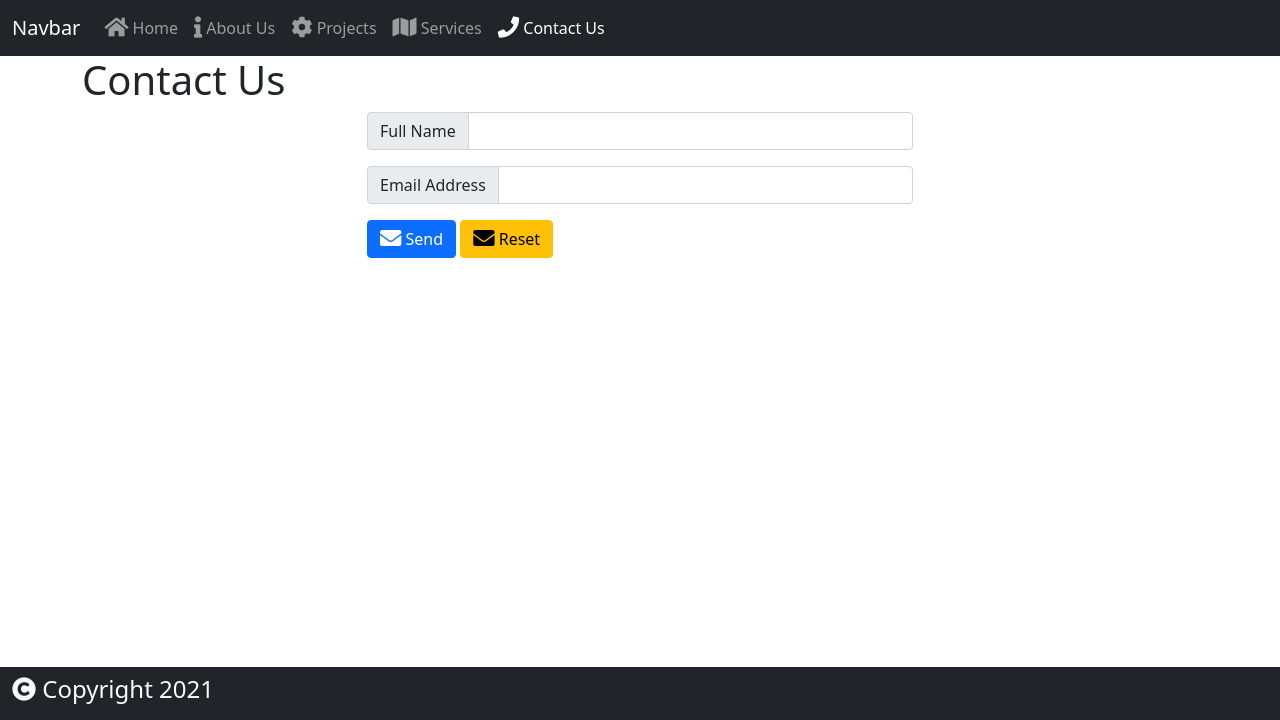
Repository: CKM206/WEBD6201-W2021---ICE1
Page: contact.html
These files come from the project's save history. The page is drawn as it stood at one moment and after the next save; the edit follows.
The browser window is 1280 px wide. The pictures show the whole page.

Above is the page before, as saved 2021-01-21 09:32:48.

### contact.html
<!DOCTYPE html>
<html lang="en">
<head>
    <meta charset="UTF-8">
    <meta name="viewport" content="width=device-width, initial-scale=1.0">
    <title>Contact</title>
    <!-- CSS Section -->
    <!-- Inject Bootstrap first, always-->
    <link rel="stylesheet"
    href="./node_modules/bootstrap/dist/css/bootstrap.min.css">
    <!-- Now inject Icon Fonts using Font Awesome-->
    <link rel="stylesheet"
    href="./node_modules/@fortawesome/fontawesome-free/css/all.min.css">
    <!-- Now inject our custom css-->
    <link rel="stylesheet" href="./Content/app.css">
</head>
<body>
    <!-- Main Header -->
    <header>
      <!-- Main Navigation -->
        <nav class="navbar navbar-expand-lg navbar-dark bg-dark">
            <div class="container-fluid">
              <a class="navbar-brand" href="index.html">Navbar</a>
              <button class="navbar-toggler" type="button" data-bs-toggle="collapse" data-bs-target="#navbarSupportedContent" aria-controls="navbarSupportedContent" aria-expanded="false" aria-label="Toggle navigation">
                <span class="navbar-toggler-icon"></span>
              </button>
              <div class="collapse navbar-collapse" id="navbarSupportedContent">
                <ul class="navbar-nav me-auto mb-2 mb-lg-0">
                  <li class="nav-item">
                    <a class="nav-link" aria-current="page" href="index.html"><i class="fas fa-home fa-lg"></i> Home</a>
                  </li>
                  <li class="nav-item">
                    <a class="nav-link" aria-current="page" href="about.html"><i class="fas fa-info fa-lg"></i> About Us</a>
                  </li>
                  <li class="nav-item">
                    <a class="nav-link" aria-current="page" href="projects.html"><i class="fas fa-cog fa-lg"></i> Projects</a>
                  </li>
                  <li class="nav-item">
                    <a class="nav-link" aria-current="page" href="services.html"><i class="fas fa-map fa-lg"></i> Services</a>
                  </li>
                  <li class="nav-item">
                    <a class="nav-link active" aria-current="page" href="contact.html"><i class="fas fa-phone fa-lg"></i> Contact Us</a>
                  </li>
                </ul>
              </div>
            </div>
          </nav>
    </header>
    <!-- Main Content -->
    <main class="container">
      <h1>Contact Us</h1>

      <div class="row justify-content-lg-center">
        <form class="col-lg-6 col-md-8 col-sm-10">

          <div class="input-group mb-3">
            <span class="input-group-text" id="inputGroup-sizing-default">Full Name</span>
            <input id="fullName" name="fullName" type="text" class="form-control"
             aria-label="Full Name" aria-describedby="Full Name Input" required>
          </div>

          <div class="input-group mb-3">
            <span class="input-group-text" id="inputGroup-sizing-default">Email Address</span>
            <input id="emailAddress" name="emailAddress" type="email" class="form-control"
             aria-label="Email Address" aria-describedby="Email Address Input" required>
          </div>

          <button type="submit" class="btn btn-primary btn-md"><i class="fas fa-envelope fa-lg"></i> Send</button>
          <button type="reset" class="btn btn-warning btn-md"><i class="fas fa-envelope fa-lg"></i> Reset</button>
        </form>
      </div>
    </main>

    <!-- Footer Section -->
    <footer>
        <nav class="navbar fixed-bottom navbar-dark bg-dark">
            <div class="container-fluid">
              <h4 class="text-light"><i class="fas fa-copyright text-light"></i> Copyright 2021</h4>
            </div>
          </nav>
    </footer>

    <!--Script Section-->
    <script src="./node_modules/jquery/dist/jquery.min.js"></script>
    <script src="./node_modules/bootstrap/dist/js/bootstrap.bundle.min.js"></script>
    <script src="./Scripts/app.js"></script>
</body>
</html>

### Content/app.css
/* Custom CSS Here */

### Scripts/app.js
/* Custom Javascript Here */
"use strict"; // Indicate that the code should be executed in "strict mode".

// IIFE - Immediately Invoked Function Expression (Anonymous Self-Executing Function)
//-Acts as a Closure, Limits Scope Leak
(function () {
  function displayHome()
  {
    // This shows different ways of accessing an element; @see index.html <p> on line 51
    //-Each has its own use and solves different problems
    let paragraphOneText = "This is a simple site to demonstrate DOM Manipulation for ICE 1.";
    let paragraphOneElement = document.getElementById("paragraphOne");

    // let aParagraph = document.getElementsByTagName("p")[0];
    // let allParagraphs = document.getElementsByTagName("p");
    // let paragraphOneQuery = document.querySelector("p");
    // let paragraphOneQuerys = document.querySelectorAll("p");

    // Print each variable to the console, see how each one "points" to the same <p> element
    // console.log(paragraphOneElement);
    // console.log(aParagraph);
    // console.log(allParagraphs[0]);
    // console.log(paragraphOneQuery);
    // console.log(paragraphOneQuerys);

    // Assigning values to the textContent of the element we have a reference to
    paragraphOneElement.textContent = paragraphOneText;

    /* We can change the style as well..
      For the most part its best to use css sheets, but this can be useful when attempting
      dynamic effects on the webpage
    */
    //paragraphOneElement.style = "color: blue;";

    /* We can change the class of an element as well...
    * This is probably a better way of assigning css to elements (As compared to above)
    */
    //paragraphOneElement.className = "fs-4 fw-bold";


    // Injecting a new element
    let newParagraph = document.createElement("p");             // Create the Element
    newParagraph.setAttribute("id","paragraphTwo");             // Configure the Element
    newParagraph.textContent = "...And this is Paragraph two"   //--
    let mainContent = document.getElementsByTagName("main")[0]; // Get a reference to the Main Element
    mainContent.appendChild(newParagraph);                      // Append the new Element as a child of main

    // We can still make alterations to this element
    newParagraph.className = "fs-4 fw-bold";

    // Another way of injecting a new Element through Javascript
    let paragraphThree = '<p class ="fs-6">And this is the Third Paragraph</p>';    // Create the Element

    // Notice that this doesnt work, it is assigned as text verbatim, and erases all other content in main
    //mainContent.textContent = paragraphThree;

    let paragraphDiv = document.createElement('div');
    // Converting and Injecting the paragraph, it still erases all other content
    paragraphDiv.innerHTML = paragraphThree;

    // Insertions
    //-Example of insering before a node
    //newparagraph.before(paragraphDiv);

    // Inserting after a node
    newParagraph.after(paragraphDiv);

    // deletions

    //-Removing a single element
    //paragraphOneElement.remove();

    //-Removing a child element
    mainContent.removeChild(paragraphOneElement);

    // Updating & Modification
    //-Targetted Modifcation
    //mainContent.firstElementChild.textContent = "Welcome Home";

    // Bulk modififying mainContent
    //mainContent.innerHTML =
    //'<h1 id="firstHeading">Welcome to WEBD6201 - Lab 1</h1>' +
    //'<p id="paragraphOne" class="fs-3 fw-bold">A new First Paragraph</p>';
  }

  function displayAbout()
  {

  }

  function displayServices()
  {

  }

  function displayProjects()
  {

  }

  function displayContact()
  {

  }

  function Start() {
    console.log("App Started...");

    switch (document.title) {
      case "Home":
        displayHome();
        break;
      case "About":
        displayAbout();
        break;
      case "Projects":
        displayProjects();
        break;
      case "Services":
        displayServices();
        break;
      case "Contact":
        displayContact();
        break;
    }

    // Old Java Script



  }

  window.addEventListener("load", Start);
})();

Loaded but not shown: node_modules/bootstrap/dist/css/bootstrap.min.css (library); node_modules/@fortawesome/fontawesome-free/css/all.min.css (library); node_modules/jquery/dist/jquery.min.js (library); node_modules/bootstrap/dist/js/bootstrap.bundle.min.js (library)

After the next save:
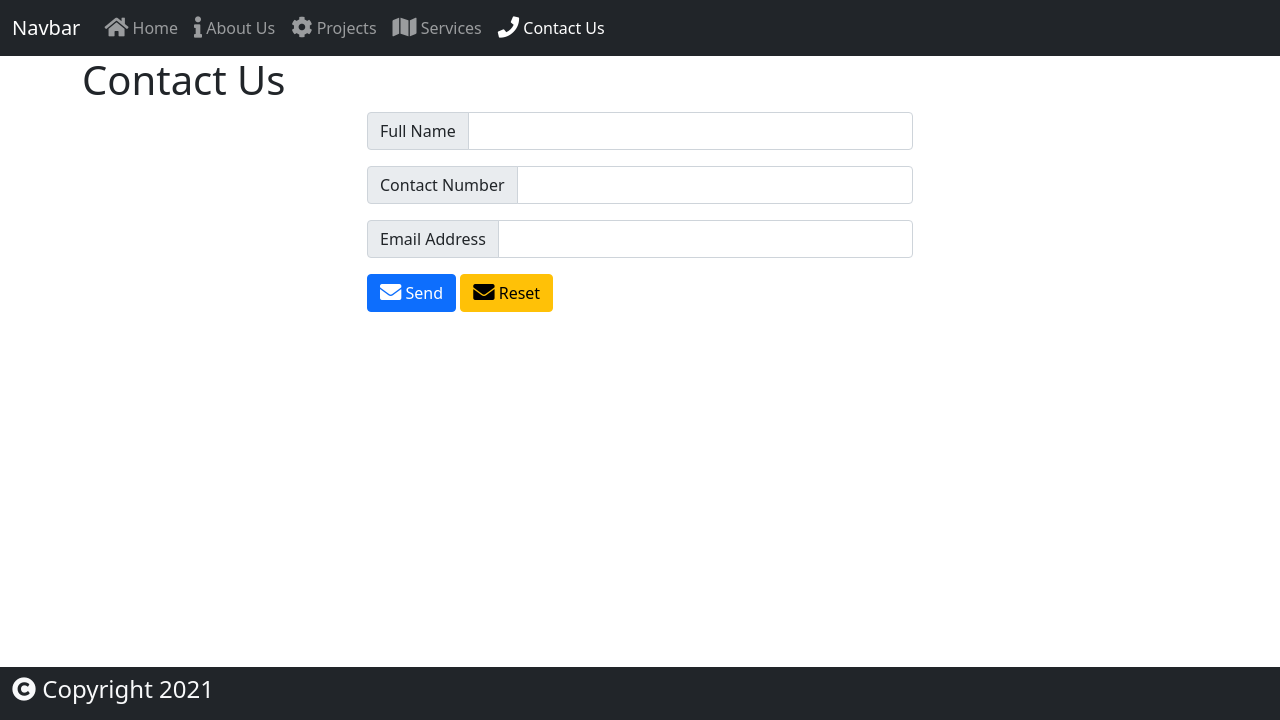
Saved 55 s later.
--- a/contact.html
+++ b/contact.html
@@ -60,6 +60,12 @@
           </div>
 
           <div class="input-group mb-3">
+            <span class="input-group-text" id="inputGroup-sizing-default">Contact Number</span>
+            <input id="contactNumber" name="contactNumber" type="tel" class="form-control"
+             aria-label="Contact Number" aria-describedby="Contact Number Input" required>
+          </div>
+
+          <div class="input-group mb-3">
             <span class="input-group-text" id="inputGroup-sizing-default">Email Address</span>
             <input id="emailAddress" name="emailAddress" type="email" class="form-control"
              aria-label="Email Address" aria-describedby="Email Address Input" required>
